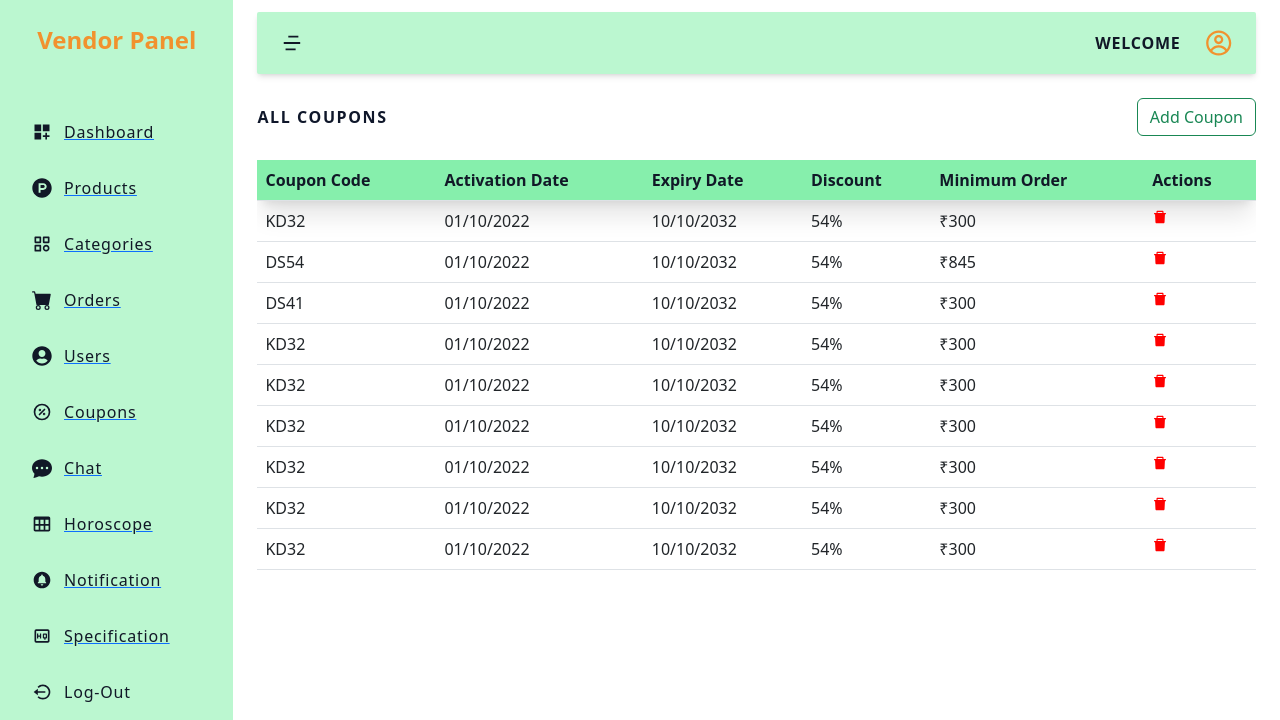
Repository: FlyweisReact/JitenderAdminPanel
Page: /discount
An editor plug-in stored every save of this project. The page is shown before and after a run of saves, followed by the edit.
The browser window is 1280 px wide. The pictures show the whole page.
An inner scrolling area shows only its first screen. The project was rebuilt for these pictures with package versions that can differ from the ones it lists, and the page was loaded fresh each time. Also part of the build but not shown: src/components/forms/Login.jsx, src/components/pages/Dashboard.jsx, src/components/vendorPanel/components/layout/Navbar.jsx, src/components/vendorPanel/components/layout/Sidebar.jsx, src/components/vendorPanel/components/layout/HOC.jsx, src/components/vendorPanel/components/pages/Message/Message.js, src/components/pages/UserKundli/UserKundli.jsx, src/components/pages/reactChat/Chat.js and 18 more.

Above is the page before, as saved 2022-11-05 17:00:36.

### public/index.html
<!-- @format -->

<!DOCTYPE html>
<html lang="en">
  <head>
    <meta charset="utf-8" />
    <!-- <link rel="icon" href="%PUBLIC_URL%/favicon.png" /> -->
    <meta name="viewport" content="width=device-width, initial-scale=1" />
    <meta name="theme-color" content="#000000" />
    <meta
      name="description"
      content="Web site created using create-react-app"
    />
    <link rel="apple-touch-icon" href="%PUBLIC_URL%/favicon.ico?v=2" />

    <link rel="manifest" href="%PUBLIC_URL%/manifest.json" />

    <title>Astrologers Panel</title>
  </head>
  <body>
    <noscript>You need to enable JavaScript to run this app.</noscript>
    <div id="root"></div>
    <script src="https://code.jquery.com/jquery-3.6.0.min.js"></script>
  </body>
</html>

### src/index.js
import React from "react";
import ReactDOM from "react-dom/client";
import "./index.css";
import App from "./App";
import { BrowserRouter } from "react-router-dom";
import 'bootstrap/dist/css/bootstrap.min.css'

const root = ReactDOM.createRoot(document.getElementById("root"));
root.render(
  <React.StrictMode>
    <BrowserRouter>
      <App />
    </BrowserRouter>
  </React.StrictMode>
);

### src/index.css
/** @format */

@tailwind base;
@tailwind components;
@tailwind utilities;

body {
  margin: 0;
  font-family: -apple-system, BlinkMacSystemFont, "Segoe UI", "Roboto", "Oxygen",
    "Ubuntu", "Cantarell", "Fira Sans", "Droid Sans", "Helvetica Neue",
    sans-serif;
  -webkit-font-smoothing: antialiased;
  -moz-osx-font-smoothing: grayscale;
}

code {
  font-family: source-code-pro, Menlo, Monaco, Consolas, "Courier New",
    monospace;
}

/* Wcomponents */
.wcomp::-webkit-scrollbar {
  width: 0px;
}
::-webkit-scrollbar {
  width: 0px;
}
::-webkit-scrollbar-track {
  background: #696f78;
}
/* Handle */
::-webkit-scrollbar-thumb {
  background: #b4b8bf;
}

.main-card--container {
  display: grid;
  grid-template-columns: repeat(3, minmax(300px, 500px));
  grid-gap: 50px;
  justify-content: space-around;
}
.card-container {
  margin: 25px 0 auto;

  position: relative;
  display: grid;
  grid-template-columns: 1fr;
  justify-content: space-around;
  align-items: flex-start;
}

.img-thumbnail {
  width: 80px;
}
.img-large {
  max-width: 80%;
}

### src/App.js
/** @format */

import { Routes, Route, Link } from "react-router-dom";
import Login from "./components/forms/Login";
import Dashboard from "./components/pages/Dashboard";
import { ToastContainer } from "react-toastify";
import MSG from './components/vendorPanel/components/pages/Message/Message'
import "react-toastify/dist/ReactToastify.css";
import UserKundli from "./components/pages/UserKundli/UserKundli";
import Discount from "./components/pages/discount/Discount";
import Chat from "./components/pages/reactChat/Chat";
import Horoscope from "./components/pages/horoScope/Horoscope";
import Specification from "./components/pages/SpecificationPage/Specification";
import VendorLogin from "./components/vendorPanel/components/forms/VendorLogin";
import VendorDashboard from "./components/vendorPanel/components/pages/VendorDashboard";
import Fedd from "./components/pages/FeedBack/Fedd";
import Astrologers from "./components/vendorPanel/components/pages/Astrologer/Astrologers";
import Users from "./components/vendorPanel/components/pages/Users/Users";
import Kundli from "./components/vendorPanel/components/pages/Kundli/Kundli";
import AdminHoro from "./components/vendorPanel/components/pages/Horoscope/Horoscope";
import Forgot from "./components/vendorPanel/components/forms/Forgot";
import ResetPassword from "./components/vendorPanel/components/forms/ResetPassword";
import Changepassword from "./components/vendorPanel/components/forms/Changepassword";
import TimeSlots from "./components/pages/TimeSlots/TimeSlots";
import Documents from "./components/pages/Documents/Documents";
import Banner from "./components/pages/Banner/Banner";
import Notify from "./components/pages/Notifications/Notify";
import Booking from "./components/vendorPanel/components/pages/Booking/Booking";
import ProductDetail from "./components/pages/FeedBack/ProductDetail";

function App() {
  return (
    <>
      <ToastContainer />


      <Routes>
        <Route path="/" element={<Login />} />
        <Route path="/dashboard" element={<Dashboard />} />
        <Route path="/userkundli" element={<UserKundli />} />
        <Route path="/discount" element={<Discount />} />
        <Route path="/horoscope" element={<Horoscope />} />
        <Route path="/specification" element={<Specification />} />
        <Route path="/chat" element={<Chat />} />
        <Route path="feedback" element={<Fedd />} />
        <Route path="/time" element={<TimeSlots />} />
        <Route path="/document" element={<Documents />} />
        <Route path="/ban" element={<Banner />} />
        <Route path='/not' element={<Notify />} />
        <Route path="/viewProduct" element={<ProductDetail />} />
        {/* Admin Panel */}
        <Route path="/vendorLogin" element={<VendorLogin />} />
        <Route path="/otp" element={<Forgot />} />
        <Route path="/book" element={<Booking />} />
        <Route path='/msg' element={ <MSG /> } />
        <Route path="/resetPass" element={<ResetPassword />} />
        <Route path="/resetPassword" element={<Changepassword />} />
        <Route path="/vendorDashboard" element={<VendorDashboard />} />
        <Route path="/astro" element={<Astrologers />} />
        <Route path="/users" element={<Users />} />
        <Route path="/kundli" element={<Kundli />} />
        <Route path="/horo" element={<AdminHoro />} />
      </Routes>
    </>
  );
}

export default App;

### src/components/pages/discount/Discount.jsx
/** @format */

import React, { useEffect, useState } from "react";
import { IoMdClose } from "react-icons/io";
import { AiFillEdit, AiFillDelete, AiFillEye } from "react-icons/ai";
import HOC from "../../layout/HOC";
import axios from "axios";
import { toast } from "react-toastify";
import Table from "react-bootstrap/Table";
import { useNavigate } from "react-router-dom";
import Button from "react-bootstrap/Button";
import Modal from "react-bootstrap/Modal";
import Form from "react-bootstrap/Form";

const products = [
  {
    code: "KD32",
    ActivationDate: "01/10/2022",
    Expirydate: "10/10/2032",
    discount: "54",
    minOrder: "300",
  },
  {
    code: "DS54",
    ActivationDate: "01/10/2022",
    Expirydate: "10/10/2032",
    discount: "54",
    minOrder: "845",
  },
  {
    code: "DS41",
    ActivationDate: "01/10/2022",
    Expirydate: "10/10/2032",
    discount: "54",
    minOrder: "300",
  },

  {
    code: "KD32",
    ActivationDate: "01/10/2022",
    Expirydate: "10/10/2032",
    discount: "54",
    minOrder: "300",
  },
  {
    code: "KD32",
    ActivationDate: "01/10/2022",
    Expirydate: "10/10/2032",
    discount: "54",
    minOrder: "300",
  },
  {
    code: "KD32",
    ActivationDate: "01/10/2022",
    Expirydate: "10/10/2032",
    discount: "54",
    minOrder: "300",
  },

  {
    code: "KD32",
    ActivationDate: "01/10/2022",
    Expirydate: "10/10/2032",
    discount: "54",
    minOrder: "300",
  },
  {
    code: "KD32",
    ActivationDate: "01/10/2022",
    Expirydate: "10/10/2032",
    discount: "54",
    minOrder: "300",
  },
  {
    code: "KD32",
    ActivationDate: "01/10/2022",
    Expirydate: "10/10/2032",
    discount: "54",
    minOrder: "300",
  },
];

// Edit Order Modal ------------------------------------------------------------

function MyVerticallyCenteredModal(props) {
  return (
    <Modal
      {...props}
      size="lg"
      aria-labelledby="contained-modal-title-vcenter"
      centered
    >
      <Modal.Header closeButton>
        <Modal.Title id="contained-modal-title-vcenter">Edit Order</Modal.Title>
      </Modal.Header>
      <Modal.Body>
        <Form>
          <Form.Group className="mb-3" controlId="formBasicPassword">
            <Form.Label>Coupon Code</Form.Label>
            <Form.Control type="text"  />
          </Form.Group>
          <Form.Group className="mb-3" controlId="formBasicPassword">
            <Form.Label>Activation Date</Form.Label>
            <Form.Control type="date"  />
          </Form.Group>
          <Form.Group className="mb-3" controlId="formBasicPassword">
            <Form.Label>Expiry Date</Form.Label>
            <Form.Control type="date"/>
          </Form.Group>
          <Form.Group className="mb-3" controlId="formBasicPassword">
            <Form.Label>Discount</Form.Label>
            <Form.Control type="number" placeholder="90" min={1} />
          </Form.Group>
          <Form.Group className="mb-3" controlId="formBasicPassword">
            <Form.Label>Minimum Order</Form.Label>
            <Form.Control type="number" placeholder="500" min={1} />
          </Form.Group>
          <Button variant="primary" type="submit">
            Submit
          </Button>
        </Form>
      </Modal.Body>
    </Modal>
  );
}

// Edit Order Modal Ends Here ---------------------------------------------------

const Discount = () => {
  const [modalShow, setModalShow] = React.useState(false);

  return (
    <>
      {/* ------------------------------------------------------------- */}

      <MyVerticallyCenteredModal
        show={modalShow}
        onHide={() => setModalShow(false)}
      />

      {/* ------------------------------------------------------------- */}

      <section>
        <div className="pb-4 sticky top-0  w-full flex justify-between items-center bg-white">
          <span className="tracking-widest text-slate-900 font-semibold uppercase ">
            All Coupons
          </span>
          <Button    onClick={() => setModalShow(true)} variant='outline-success'>
            Add Coupon
          </Button>
        </div>

        <div style={{ maxWidth: "100%", overflow: "auto" }}>
          <Table style={{ paddingTop: "5%" }}>
            <thead>
              <tr className=" border-b bg-green-300 shadow-xl text-gray-900">
                <th>Coupon Code</th>
                <th>Activation Date</th>
                <th>Expiry Date</th>
                <th>Discount</th>
                <th>Minimum Order</th>
                <th>Actions</th>
              </tr>
            </thead>
            <tbody>
              {products?.map((i, index) => (
                <tr key={index} style={{ marginTop: "1%" }}>
                  <td>{i.code} </td>
                  <td>{i.ActivationDate} </td>
                  <td>{i.Expirydate} </td>
                  <td>{i.discount}% </td>
                  <td>₹{i.minOrder} </td>
                  <td>
                    <span style={{ display: "flex", gap: "5px" }}>

                      <AiFillDelete color="red" cursor="pointer" />
                    </span>
                  </td>
                </tr>
              ))}
            </tbody>
          </Table>
        </div>
      </section>
    </>
  );
};

export default HOC(Discount);

### src/components/layout/HOC.jsx
import React, { useState } from "react";
import Navbar from "./Navbar";
import Sidebar from "./Sidebar";

const HOC = (Wcomponenet) => {
  return function Component() {
    const [hamb, setHamb] = useState(false);
    return (
      <>
        <section className="flex overflow-x-hidden">
          {/* Sidebar */}
          <div
            className={
              hamb
                ? " absolute top-0 z-30 md:w-auto shadow-md bg-slate-200  w-60 transition-all md:-left-full left duration-150  h-screen  left-0 "
                : " md:w-72 z-30 bg-green-200  shadow-md  md:static absolute top-0 -left-full  h-screen transition-all duration-150 "
            }
          >
            <Sidebar hamb={hamb} setHamb={setHamb} />
          </div>
          {/* Components & Navbar */}
          <div
            className={
              hamb
                ? " transition-all px-4 py-2  bg-white duration-150 w-full h-screen"
                : " w-full h-screen  px-4 py-2  bg-white z-50 transition-all duration-150 "
            }
          >
            <Navbar hamb={hamb} setHamb={setHamb} />
            <div className="my-6 text-white h-[87%] wcomp overflow-y-auto">
              <Wcomponenet />
            </div>
          </div>
        </section>
      </>
    );
  };
};

export default HOC;

### src/components/layout/Navbar.jsx
import { RiMenu4Line } from "react-icons/ri";
import { useNavigate } from "react-router-dom";
import { toast } from "react-toastify";
import { CgProfile } from "react-icons/cg";
import { IoMdClose, IoMdNotifications } from "react-icons/io";
import { useState } from "react";
import Button from "react-bootstrap/Button";
import Modal from "react-bootstrap/Modal";
import Container from "react-bootstrap/Container";
import Form from "react-bootstrap/Form";


function MyVerticallyCenteredModal(props) {
  return (
    <Modal
      {...props}
      size="lg"
      aria-labelledby="contained-modal-title-vcenter"
      centered
    >
      <Modal.Header closeButton>
        <Modal.Title id="contained-modal-title-vcenter">
          Edit Profile
        </Modal.Title>
      </Modal.Header>
      <Modal.Body>
        <Container style={{ width: "600px" }}>
          <Form>
            <Form.Group className="mb-3" controlId="formBasicEmail">
              <Form.Label>Name</Form.Label>
              <Form.Control type="text" placeholder="Admin" />
            </Form.Group>
            <Form.Group className="mb-3" controlId="formBasicPassword">
              <Form.Label>Email Address</Form.Label>
              <Form.Control type="email" placeholder="vendor@gmail.com" />
            </Form.Group>
            <Form.Group className="mb-3" controlId="formBasicPassword">
              <Form.Label>Password</Form.Label>
              <Form.Control type="password" placeholder="Password" />
            </Form.Group>
            <Form.Group className="mb-3" controlId="formBasicPassword">
              <Form.Label>Profile Image</Form.Label>
              <Form.Control type="file"/>
            </Form.Group>
            <Button variant="outline-success" type="submit">
              Edit
            </Button>
          </Form>
        </Container>
      </Modal.Body>

    </Modal>
  );
}



const Navbar = ({ hamb, setHamb }) => {
  const [modalShow, setModalShow] = useState(false);



  return (
    <>

      <MyVerticallyCenteredModal
        show={modalShow}
        onHide={() => setModalShow(false)}
      />

      <div
        className={
          hamb
            ? "flex  w-full justify-between  my-1 rounded-sm  p-4 py-3 shadow-md items-center  bg-green-200 space-x-4"
            : "flex  w-full justify-between my-1 rounded-sm  p-4 py-3 shadow-md items-center  bg-green-200 space-x-4"
        }
      >
        <RiMenu4Line
          onClick={() => setHamb(!hamb)}
          className="text-2xl font-bold text-gray-900 hover:scale-90 cursor-pointer"
        />

        {/* Profile */}
        <section className="flex sm:ml-auto justify-end sm:w-full items-center space-x-2  pr-2">
          <span className="cursor-pointer text-2xl">
            {/* <IoMdNotifications /> */}
          </span>
          <figcaption className="tracking-wider pl-1 font-semibold">
            {" "}
            <div className="lg:text-base text-sm text-gray-900  uppercase">
              Welcome
            </div>
          </figcaption>
        </section>
        <CgProfile
          onClick={() => setModalShow(true)}
          className="text-2xl sm:text-3xl font-bold text-[rgb(241,146,46)] cursor-pointer"
        />

      </div>
    </>
  );
};

export default Navbar;

### src/components/layout/Sidebar.jsx
/** @format */

import React from "react";
import { RiCloseLine } from "react-icons/ri";
import { Link, useNavigate } from "react-router-dom";
import { BsFillChatDotsFill } from "react-icons/bs";
import { MdOutlineHighQuality  ,MdCircleNotifications} from "react-icons/md";
import { BiTable } from "react-icons/bi";
import { BiLogOutCircle , BiCategory } from "react-icons/bi";
import { TbDiscount } from "react-icons/tb";
import { FaProductHunt  ,FaUserCircle } from "react-icons/fa";
import {IoIosTime ,IoMdImages} from 'react-icons/io'
import {GrDocumentPdf} from 'react-icons/gr'
import {BsFillCartFill} from 'react-icons/bs'

import { MdDashboardCustomize } from "react-icons/md";
import { toast } from "react-toastify";

const Sidebar = ({ hamb, setHamb }) => {
  const navigate = useNavigate();

  const nav = [
    {
      icon: <MdDashboardCustomize className="text-xl mr-3" />,
      link: "/dashboard",
      name: "Dashboard",
    },
    {
      icon: <FaProductHunt className="text-xl mr-3" />,
      link: "/feedback",
      name: "Products",
    },
    {
      icon: <BiCategory className="text-xl mr-3" />,
      link: "/userkundli",
      name: "Categories",
    },
    {
      icon: <BsFillCartFill className="text-xl mr-3" />,
      link: "/time",
      name: "Orders",
    },
    {
      icon: <FaUserCircle className="text-xl mr-3" />,
      link: "/document",
      name: "Users",
    },
    // {
    //   icon: <IoMdImages className="text-xl mr-3" />,
    //   link: "/ban",
    //   name: "Banners",
    // },
    {
      icon: <TbDiscount className="text-xl mr-3" />,
      link: "/discount",
      name: "Coupons",
    },
    {
      icon: <BsFillChatDotsFill className="text-xl mr-3" />,
      link: "/chat",
      name: "Chat",
    },
    {
      icon: <BiTable className="text-xl mr-3" />,
      link: "/horoscope",
      name: "Horoscope",
    },
    {
      icon: <MdCircleNotifications className="text-xl mr-3" />,
      link: "/not",
      name: "Notification",
    },
    {
      icon: <MdOutlineHighQuality className="text-xl mr-3" />,
      link: "/specification",
      name: "Specification",
    },
  ];

  const logOut = () => {
    navigate("/");
    toast.success("Log -Out Successfull");
  };
  return (
    <>
      <aside className="p-4 bg-green-200">
        {/* Top */}
        <div className="w-full md:hidden relative  p-2 mb-4">
          <RiCloseLine
            onClick={() => setHamb(!hamb)}
            className="text-3xl  absolute top-2 sm:hover:rotate-[228deg] transition-transform font-bold right-2 sm:hover:text-[22px] text-[rgb(241,146,46)] cursor-pointer"
          />
        </div>
        {/* Logo */}
        <figure className="flex  flex-col items-center">
          <span className="font-bold text-[rgb(241,146,46)] text-2xl">
            Vendor Panel
            {/* <img src={image} className="h-24" /> */}
          </span>
        </figure>
        {/* Nav-menu */}
        <nav className="py-6">
          {nav.map((nav) => {
            return (
              <Link to={nav.link} key={nav.name} className="">
                <span className="flex my-3 items-center cursor-pointer text-gray-900    tracking-wider p-2 rounded-sm">
                  {nav.icon} {nav.name}
                </span>
              </Link>
            );
          })}
          <span
            className="flex my-3 items-center cursor-pointer text-gray-900    tracking-wider p-2 rounded-sm"
            onClick={() => logOut()}
          >
            <BiLogOutCircle className="text-xl mr-3" /> Log-Out
          </span>
        </nav>
      </aside>
    </>
  );
};

export default Sidebar;

Loaded but not shown: tailwind.config.js (common file)

After the next 2 saves:
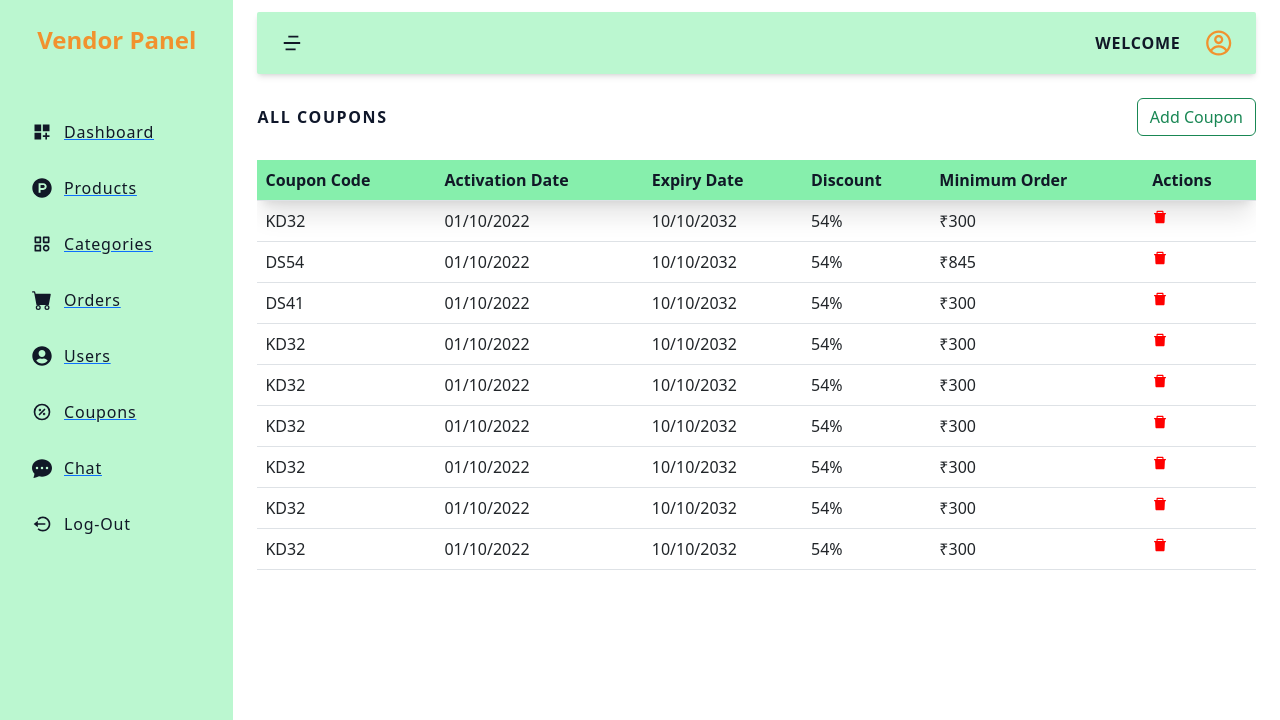
The 2 saves are shown as one change because they came seconds apart.
The last was saved 57 s later.
--- a/src/components/layout/Sidebar.jsx
+++ b/src/components/layout/Sidebar.jsx
@@ -60,21 +60,6 @@ const Sidebar = ({ hamb, setHamb }) => {
       link: "/chat",
       name: "Chat",
     },
-    {
-      icon: <BiTable className="text-xl mr-3" />,
-      link: "/horoscope",
-      name: "Horoscope",
-    },
-    {
-      icon: <MdCircleNotifications className="text-xl mr-3" />,
-      link: "/not",
-      name: "Notification",
-    },
-    {
-      icon: <MdOutlineHighQuality className="text-xl mr-3" />,
-      link: "/specification",
-      name: "Specification",
-    },
   ];
 
   const logOut = () => {
